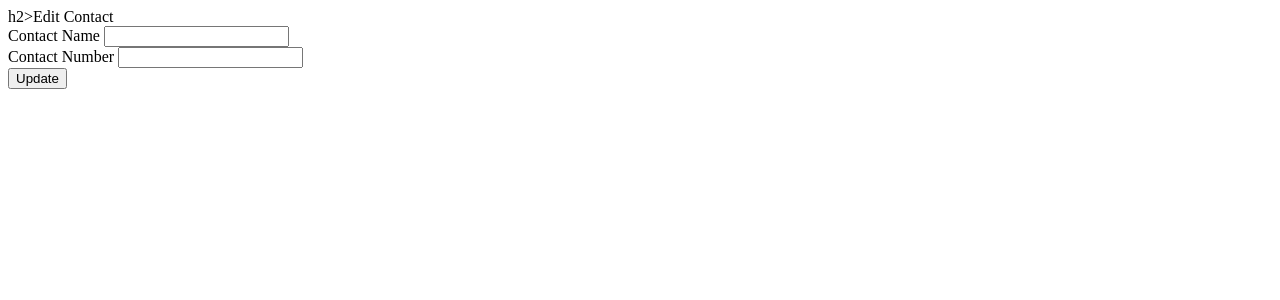
Repository: abkc727/handson-assignments
Page: http://localhost/contact-app/editcontacts.jsp
The author's editor kept a copy of each file at every save. The page is drawn from the files as they stood at one save, then again after the next save.
The browser window is 1280 px wide. The pictures show the whole page.
The page is served by Tomcat 9.

Above is the page before, as saved 2020-10-01 09:03:30.

After the next save:
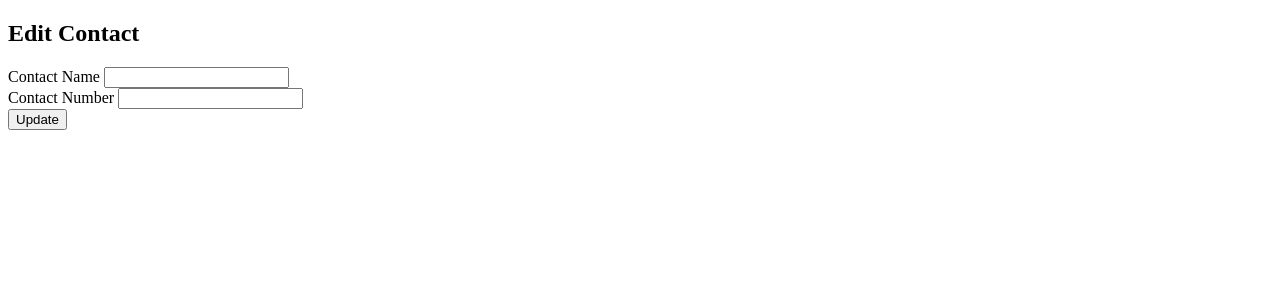
Saved 13 s later.
--- a/Day 13 - CONTACT-APP/contact-app/WebContent/editcontacts.jsp
+++ b/Day 13 - CONTACT-APP/contact-app/WebContent/editcontacts.jsp
@@ -7,7 +7,7 @@
 <title>Insert title here</title>
 </head>
 <body>
-	h2>Edit Contact</h2>
+	<h2>Edit Contact</h2>
 	<form action = "EditContactServlet" method = "post">
 		<label>
 			Contact Name <input type = "text" name = "name">
